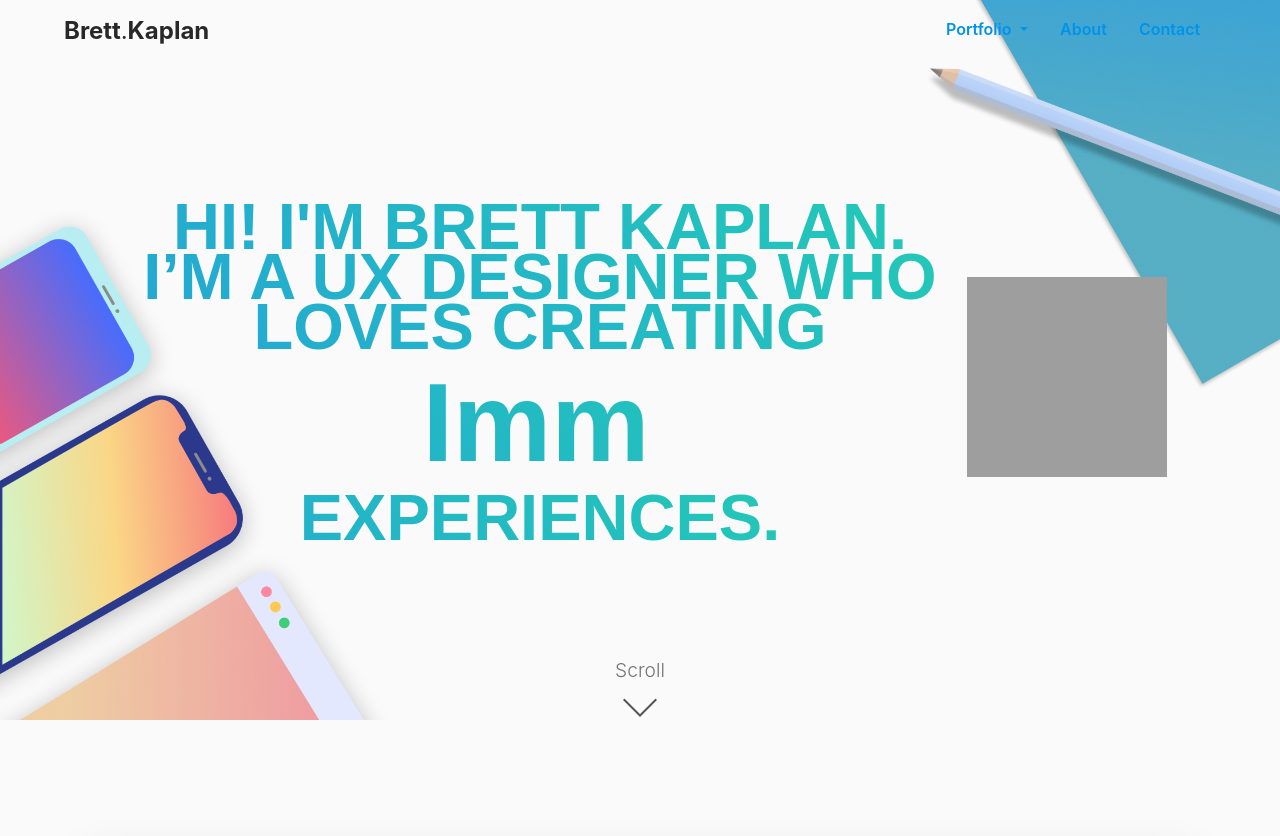
Repository: bkap1690/bkap1690.github.io
Page: index.html
The author's editor kept a copy of each file at every save. The page is drawn from the files as they stood at one save, then again after the next save.
The browser window is 1280 px wide. The pictures show the part of the page from y = 0 to 836 px (the page is 2248 px tall).
Pictures or frames that could not be fetched are drawn as grey boxes. A picture or video elsewhere on the page could not be fetched, so the positions and the page height are approximate. Backgrounds fixed to the window are drawn as part of the page. Some web libraries are served in a nearby version.

Above is the page before, as saved 2020-10-15 20:54:15.
Console error: TypeError: Cannot set properties of null (setting 'className')

### index.html
<!DOCTYPE html>
<html lang="en">

<head>
  <meta charset="UTF-8">
  <meta name="viewport" content="width=device-width, initial-scale=1.0">
  <meta http-equiv="X-UA-Compatible" content="ie=edge">
  <meta name="Description" content="Enter your description here" />
  <link rel="stylesheet" href="https://cdnjs.cloudflare.com/ajax/libs/twitter-bootstrap/4.5.0/css/bootstrap.min.css">
  <link rel="stylesheet" href="https://cdnjs.cloudflare.com/ajax/libs/font-awesome/5.13.0/css/all.min.css">
  <link rel="stylesheet" href="css/style.min.css">
  <link rel="stylesheet" href="css/hover-min.css">
  <link href="https://unpkg.com/aos@2.3.1/dist/aos.css" rel="stylesheet">
  <title>Brett Kaplan</title>
</head>
<script>
  document.body.className = 'js';
</script>

<body>
  <header>
    <nav class="navbar navbar-expand-lg navbar-light bg-light fixed-top">
      <a class="navbar-brand nav-logo pl-lg-5" href="#">Brett<span id="logo-dot">.</span>Kaplan</a>
      <button class="navbar-toggler" type="button" data-toggle="collapse" data-target="#navbarSupportedContent"
        aria-controls="navbarSupportedContent" aria-expanded="false" aria-label="Toggle navigation">
        <span class="navbar-toggler-icon"></span>
      </button>

      <div class="collapse navbar-collapse justify-content-end" id="navbarSupportedContent">
        <ul class="navbar-nav pr-lg-5">
          <li class="nav-item dropdown">
            <a class="main-nav-link hvr-underline-from-center mx-3 px-0 dropdown-toggle" href="#"
              id="navbarDropdownMenuLink" data-toggle="dropdown" aria-haspopup="true" aria-expanded="false">Portfolio
              <span class="sr-only">(current)</span></a>
            <div class="dropdown-menu" aria-labelledby="navbarDropdownMenuLink">
              <a class="dropdown-item" href="sportsstream.html">SportsStream</a>
              <a class="dropdown-item" href="citypups.html">CityPups</a>
            </div>
          </li>
          <li class="nav-item">
            <a class="main-nav-link hvr-underline-from-center mx-3 px-0" href="about.html">About</a>
          </li>
          <li class="nav-item">
            <a class="main-nav-link hvr-underline-from-center mx-3 px-0" href="contact.html">Contact</a>
          </li>
        </ul>
      </div>
    </nav>
  </header>
  <div class="top-content container-fluid">
    <div class="row justify-content-center align-items-center">
      <!-- Content here -->
      <div class="headline col-lg-8 col-md-12">
        <h1 class="heading text-center">
          Hi! I'm Brett Kaplan. I’m a UX Designer who loves creating
        </h1>
        <h1 class="typing heading text-center">
          <span class="txt-rotate" data-period="2000"
            data-rotate='[ "enjoyable", "immersive", "people-focused" ]'></span>
        </h1>
        <h1 class="heading text-center">
          experiences.
        </h1>
      </div>
      <div class="rotate-on-screen">
        <img src="assets/sportsstream_app_case_study_hero.png" alt="" width="200px" height="200px">
      </div>
      <!-- <div class="floating-images col-lg-4 col-md-12">
        <ul class="floating-images__container">

          <li class="floating-image">
            <div class="image img-container">
              <img src="dist/img/hero-images/x06-news_app_concept.png.pagespeed.ic.EnncIiBDpJ.webp" alt="">
            </div>
          </li>
          <li class="floating-image">
            <div class="image img-container">
              <img src="dist/img/hero-images/x07-newsletter_landing_page.png.pagespeed.ic.LBzXV0xePM.webp" alt="">
            </div>
          </li>
          <li class="floating-image">
            <div class="image img-container">
              <img src="dist/img/hero-images/x08-landing-page-template.png.pagespeed.ic.x9f71mSB3h.webp" alt="">
            </div>
          </li>
          <li class="floating-image">
            <div class="image img-container">
              <img src="dist/img/hero-images/x09-hero_idea__2.png.pagespeed.ic.W4DFxZuD9m.webp" alt="">
            </div>
          </li>
          <li class="floating-image">
            <div class="image img-container">
              <img src="assets/CityPupsMocks_thumbnail.png" alt="">
            </div>
          </li>
          <li class="floating-image">
            <div class="image img-container">
              <img src="dist/img/hero-images/x11-looper_wallpapers.png.pagespeed.ic.aa73FLs4iI.webp" alt="">
            </div>
          </li>
        </ul>
      </div> -->
    </div>
    <div class="scroll d-flex justify-content-center mt-5 pt-2"><a href="#section1">Scroll</a></div>
    <div id="section04" class="d-flex mt-1 justify-content-center">
      <a href="#section1"></a>
    </div>
  </div>





  <section id="section1" class="section-gap">
    <div class="container col-centered">
      <a href="./sportsstream.html">
        <div class="my-5 py-6 aos-init aos-animate" data-aos="fade-up" data-aos-duration="600">

          <div class="row card-project-big justify-content-between align-items-center">

            <div class="col-md-6 card-round-lg card-round-sm card-gradient-blue">
              <img width="100%" src="assets/sportsstream_app_case_study_hero.png" aria-label="Image" role="img">
            </div>

            <div class="col-md-6">
              <div class="card-body">
                <h5 class="card-title">SportsStream App</h5>
                <p class="card-subtitle">UX Design | UX Research | UI Design | Information
                  Architecture
                </p>
                <p class="card-text">Access all sporting games and events within a dedicated sports streaming app.</p>
              </div>
            </div>
          </div>
        </div>
      </a>

      <a href="./citypups.html">
        <div class="my-5 py-6 aos-init aos-animate" data-aos="fade-up" data-aos-duration="600">

          <div class="row card-project-big justify-content-between align-items-center">
            <div class="col-md-6 card-round-lg card-round-sm card-gradient-orange">
              <img width="100%" src="assets/CityPupsMocks_Big.svg" aria-label="Image" role="img">

            </div>
            <div class="col-md-6">
              <div class="card-body">
                <h5 class="card-title">CityPups</h5>
                <p class="card-subtitle">UX Design | UX Research | UI Design | Interaction
                  Design</p>
                <p class="card-text">Helping city-goers match with dogs suited to the city lifestyle.</p>
              </div>
            </div>
          </div>
        </div>
      </a>
      <!-- <a href="./sportsstream.html">
        <div class="my-5 py-6 aos-init aos-animate" data-aos="fade-up" data-aos-duration="600">

          <div class="row card-project-big justify-content-between align-items-center">
            <div class="col-md-6 card-round-lg card-round-sm card-gradient-red">
              <img width=" 100%" src="" aria-label="Image" role="img">

            </div>
            <div class="col-md-6">
              <div class="card-body">
                <h5 class="card-title">Card title</h5>
                <p class="card-text">It's a broader card with text below as a natural lead-in to extra content. This
                  content is a little longer.</p>
                <p class="card-text"><small class="text-muted">Last updated 3 mins ago</small></p>
              </div>
            </div>
          </div>
        </div>
      </a> -->

    </div>

    <!--------------- Grid Project List Style -- To Be Used At A Later Date ----------------->

    <!-- <ul class="thumbnail-grid">

        <a href="./sportsstream.html">
          <li data-aos="fade-up" data-aos-duration="600" class="thumbnail-grid-item aos-init aos-animate">
            <div class="card-project"
              style="background-image: url('assets/sportsstream_app_case_study_hero.png'); background-size: contain; background-repeat: no-repeat;">
              <div class="card-bottom">
                <h4 class="card-title">
                  SportsStream App
                </h4>
                <h5 class="card-subtitle">
                  UX/UI Design, Research, AI
                </h5>
                <p class="card-content">
                  Stream your favorite sports.
                </p>
              </div>
            </div>
          </li>
        </a>


        <a href="./citypups.html">
          <li data-aos="fade-up" data-aos-duration="600" data-aos-delay="200"
            class="thumbnail-grid-item aos-init aos-animate">
            <div class="card-project"
              style="background-image: url('assets/CityPupsMocks.png'); background-size: contain; background-repeat: no-repeat;">
              <div class="card-bottom">
                <h4 class="card-title">
                  CityPups Website
                </h4>
                <h5 class="card-subtitle">
                  UX/UI Design, Interaction Design
                </h5>
                <p class="card-content">
                  Helping city-goers find dogs.
                </p>
              </div>
            </div>
          </li>
        </a>
        <br>
        <br>
        <br>
        <a href="./works/mirror-mirror.html">
          <li data-aos="fade-up" data-aos-duration="600" data-aos-delay="200" data-aos-offset="-50"
            class="thumbnail-grid-item aos-init aos-animate">
            <div class="card-project"
              style="background-image: url('assets/CityPupsMocks.png'); background-size: contain; background-repeat: no-repeat;">
              <div class="card-bottom">
                <h4 class="card-title">
                  Relayto Platform
                </h4>
                <h5 class="card-subtitle">
                  UX Design, UX Research, AI
                </h5>
                <p class="card-content">
                  Easily transform your static PDFs into web-based presentations
                </p>
              </div>
            </div>
          </li>
        </a>

        <a href="./works/THD.html">
          <li data-aos="fade-up" data-aos-duration="600" data-aos-delay="200"
            class="thumbnail-grid-item aos-init aos-animate">
            <div class="card-project"
              style="background-image: url('assets/CityPupsMocks.png'); background-size: contain; background-repeat: no-repeat;">
              <div class="card-bottom">
                <h4 class="card-title">
                  My Home Depot Internship
                </h4>
                <h5 class="card-subtitle">
                  UX/UI Design, UX Research, Internship
                </h5>
                <p class="card-content">
                  What I learned and what I could have done during my Home Depot internship.
                </p>
              </div>
            </div>
          </li>
        </a>
      </ul> -->
    </div>
  </section>
  <a class="hidden" href="" id="scroll-to-top"><i class="fa fa-chevron-up" aria-hidden="true"></i></a>
  <!-- Footer -->
  <footer class="page-footer pt-md-5 mt-md-5 pt-sm-2 mt-sm-2">
    <!-- Footer Elements -->
    <div class="container d-flex justify-content-center">
      <!-- Grid row-->
      <div class="row">
        <!-- Grid column -->
        <div class="col-md-12 pt-5 pb-2">
          <div class="flex-center">
            <!-- Facebook -->
            <a class="sl-ic" href="https://www.facebook.com/brett.kaplan.79/" target="_blank">
              <i class="fab fa-facebook-f fa-lg white-text mr-md-4 mr-3"> </i>
            </a>
            <!--Linkedin -->
            <a class="sl-ic" href="https://www.linkedin.com/in/brettkkaplan/" target="_blank">
              <i class="fab fa-linkedin-in fa-lg white-text mr-md-4 mr-3">
              </i>
            </a>
            <!--Dribbble -->
            <a class="sl-ic" href="mailto:hello@brettkaplan.design" target="_blank">
              <i class="fab far fa-envelope fa-lg white-text mr-md-4 mr-3"> </i>
            </a>
          </div>
        </div>
        <!-- Grid column -->
      </div>
      <!-- Grid row-->
    </div>
    <!-- Footer Elements -->

    <!-- Copyright -->
    <div class="font-weight-bold text-center py-4" style="font-size: 1.2rem;">
      Email me at
      <a href="mailto:hello@brettkaplan.design">hello@brettkaplan.design</a>
    </div>
    <div class="footer-copyright text-center pb-3">
      © 2020 Copyright:
      <a href="https://brettkaplan.design/">brettkaplan.design</a>
    </div>
    <!-- Copyright -->
  </footer>
  <!-- Footer -->
  <section class="test2"></section>
  <script src="https://unpkg.com/aos@next/dist/aos.js"></script>
  <script>
    AOS.init();
  </script>

  <script src="https://code.jquery.com/jquery-3.5.1.min.js"
    integrity="sha256-9/aliU8dGd2tb6OSsuzixeV4y/faTqgFtohetphbbj0=" crossorigin="anonymous"></script>
  <script src="https://cdnjs.cloudflare.com/ajax/libs/popper.js/1.16.1/umd/popper.min.js"></script>
  <script src="https://cdnjs.cloudflare.com/ajax/libs/twitter-bootstrap/4.5.0/js/bootstrap.min.js"></script>
  <script type="text/javascript" src="js/js.js"></script>
</body>

</html>

### js/js.js
$(document).ready(function () {
  $("#secondary-nav").hide();

  // Add smooth scrolling to all links
  $("a").on("click", function (event) {
    // Make sure this.hash has a value before overriding default behavior
    if (this.hash !== "") {
      // Prevent default anchor click behavior
      event.preventDefault();

      // Store hash
      var hash = this.hash;

      // Using jQuery's animate() method to add smooth page scroll
      // The optional number (800) specifies the number of milliseconds it takes to scroll to the specified area
      $("html, body").animate({
          scrollTop: $(hash).offset().top,
        },
        800,
        function () {
          // Add hash (#) to URL when done scrolling (default click behavior)
          window.location.hash = hash;
        }
      );
    } // End if
  });
});

// Typing Effect on Hero Header

var TxtRotate = function (el, toRotate, period) {
  this.toRotate = toRotate;
  this.el = el;
  this.loopNum = 0;
  this.period = parseInt(period, 10) || 1000;
  this.txt = "";
  this.tick();
  this.isDeleting = false;
};

TxtRotate.prototype.tick = function () {
  var i = this.loopNum % this.toRotate.length;
  var fullTxt = this.toRotate[i];

  if (this.isDeleting) {
    this.txt = fullTxt.substring(0, this.txt.length - 1);
  } else {
    this.txt = fullTxt.substring(0, this.txt.length + 1);
  }

  this.el.innerHTML = '<span class="wrap">' + this.txt + "</span>";

  var that = this;
  var delta = 300 - Math.random() * 100;

  if (this.isDeleting) {
    delta /= 2;
  }

  if (!this.isDeleting && this.txt === fullTxt) {
    delta = this.period;
    this.isDeleting = true;
  } else if (this.isDeleting && this.txt === "") {
    this.isDeleting = false;
    this.loopNum++;
    delta = 500;
  }

  setTimeout(function () {
    that.tick();
  }, delta);
};

window.onload = function () {
  var elements = document.getElementsByClassName("txt-rotate");
  for (var i = 0; i < elements.length; i++) {
    var toRotate = elements[i].getAttribute("data-rotate");
    var period = elements[i].getAttribute("data-period");
    if (toRotate) {
      new TxtRotate(elements[i], JSON.parse(toRotate), period);
    }
  }
  // INJECT CSS
  var css = document.createElement("style");
  css.type = "text/css";
  css.innerHTML =
    ".txt-rotate > .wrap { border-right: 0.08em solid transparent }";
  document.body.appendChild(css);
};

$(function () {
  $(window).scroll(function (e) {
    if ($(this).scrollTop() > 800) {
      $("#secondary-nav").fadeIn("slow");
    } else {
      $("#secondary-nav").fadeOut("fast");
    }
  });
});



//Cross-browser smooth-scroll JS:

$('a[href^="#"]').on("click", function (e) {
  e.preventDefault();

  var target = this.hash;
  var $target = $(target);

  $("html, body")
    .stop()
    .animate({
        scrollTop: $target.offset().top,
      },
      700,
      "swing",
      function () {
        window.location.hash = target;
      }
    );
});

//Check to see if the window is top if not then display button
$(window).scroll(function () {
  if ($(this).scrollTop() > 300) {
    $("#scroll-to-top").fadeIn();
  } else {
    $("#scroll-to-top").fadeOut();
  }
});




//Click event to scroll to top
$("#scroll-to-top").click(function () {
  $("html, body").animate({
      scrollTop: 0,
    },
    600
  );
  return false;
});

$(document).ready(function () {
  var getMax = function () {
    return $(document).height() - $(window).height();
  };

  var getValue = function () {
    return $(window).scrollTop();
  };

  if ("max" in document.createElement("progress")) {
    var progressBar = $("progress");

    progressBar.attr({
      max: getMax(),
    });

    $(document).on("scroll", function () {
      progressBar.attr({
        value: getValue(),
      });
    });

    $(window).resize(function () {
      progressBar.attr({
        max: getMax(),
        value: getValue(),
      });
    });
  } else {
    var progressBar = $(".progress-bar"),
      max = getMax(),
      value,
      width;

    var getWidth = function () {
      value = getValue();
      width = (value / max) * 100;
      width = width + "%";
      return width;
    };

    var setWidth = function () {
      progressBar.css({
        width: getWidth(),
      });
    };

    $(document).on("scroll", setWidth);
    $(window).on("resize", function () {
      max = getMax();
      setWidth();
    });
  }
});

$(window).scroll(function () {
  $("nav").toggleClass("scrolled", $(this).scrollTop() > 100);
});

Loaded but not shown: css/style.min.css (library); css/hover-min.css (library)

After the next save:
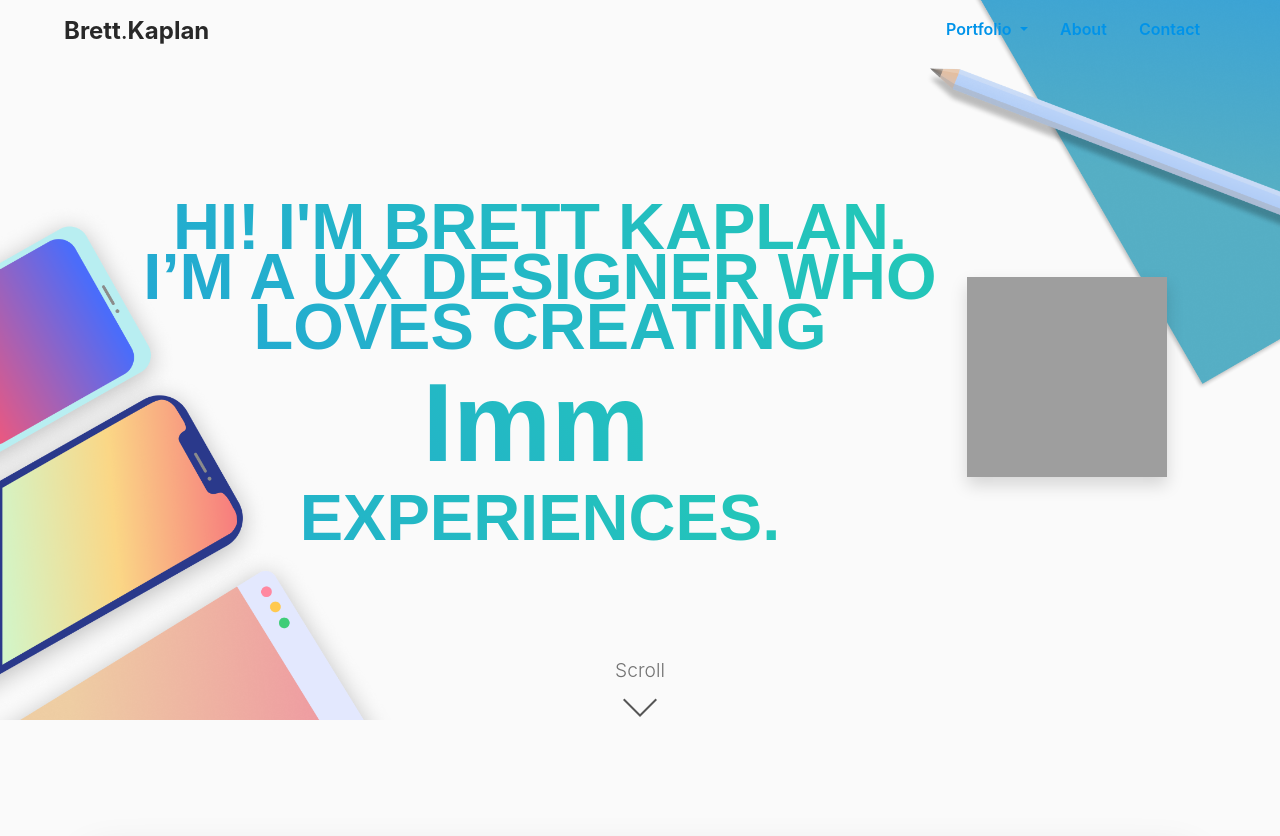
Saved 41 s later.
--- a/index.html
+++ b/index.html
@@ -62,7 +62,7 @@
           experiences.
         </h1>
       </div>
-      <div class="rotate-on-screen">
+      <div class="rotate-on-screen shadow">
         <img src="assets/sportsstream_app_case_study_hero.png" alt="" width="200px" height="200px">
       </div>
       <!-- <div class="floating-images col-lg-4 col-md-12">

After the save that followed:
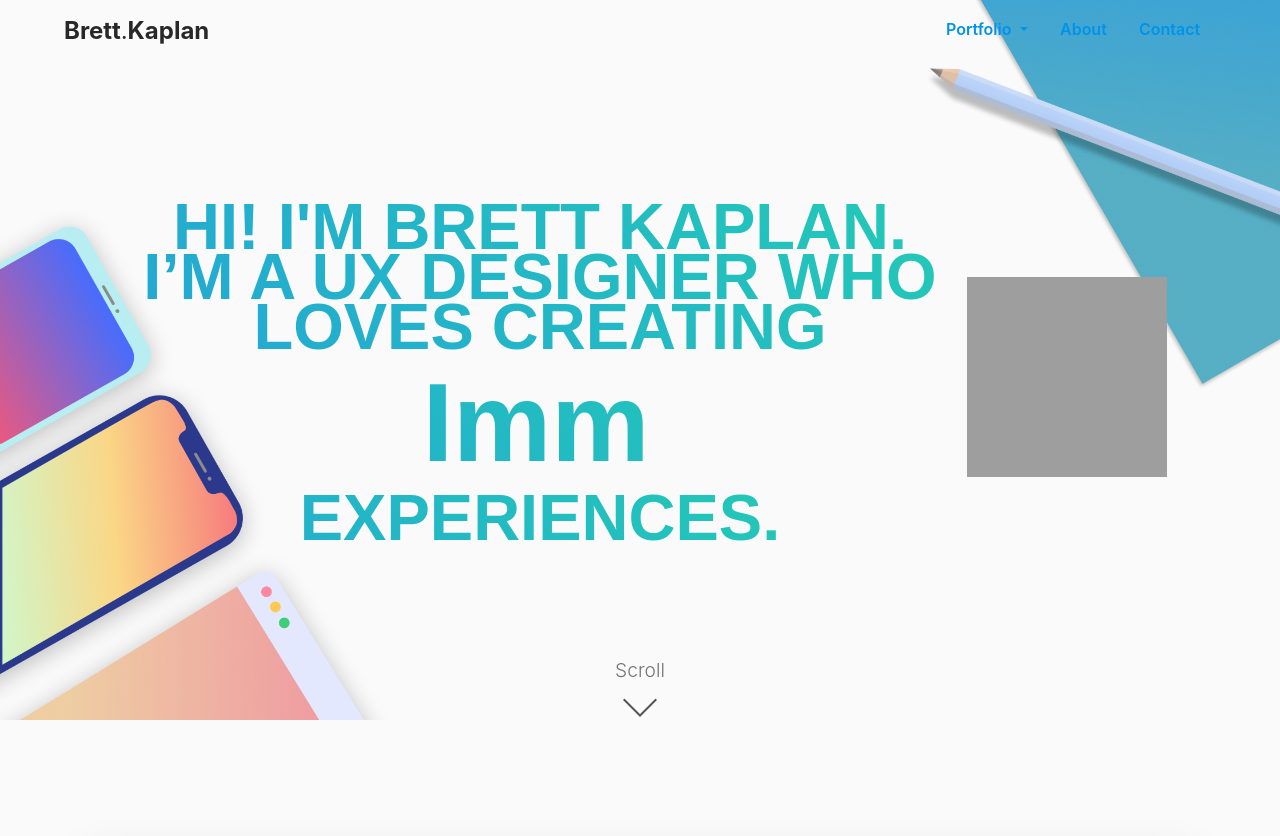
Saved 15 s later.
--- a/index.html
+++ b/index.html
@@ -62,7 +62,7 @@
           experiences.
         </h1>
       </div>
-      <div class="rotate-on-screen shadow">
+      <div class="rotate-on-screen">
         <img src="assets/sportsstream_app_case_study_hero.png" alt="" width="200px" height="200px">
       </div>
       <!-- <div class="floating-images col-lg-4 col-md-12">
